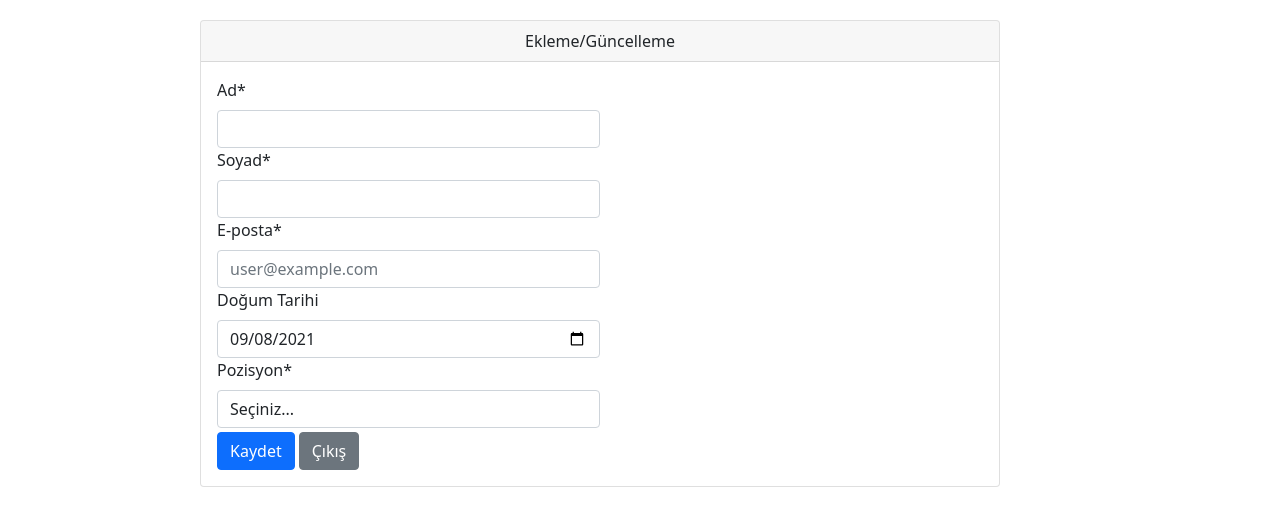
Repository: okankrdg/ReactCoreCRUD
Page: /employee/create (app in ReactCoreCRUD.Web/client/)
These files come from the project's save history. The page is drawn as it stood at one moment and after the next save; the edit follows.
The browser window is 1280 px wide. The pictures show the whole page.
The page's requests for data from a server got no answer. The project was rebuilt for these pictures with package versions that can differ from the ones it lists, and the page was loaded fresh each time. No one was signed in, and anything a server would have sent is missing. Also part of the build but not shown: ReactCoreCRUD.Web/client/src/pages/Employee/index.tsx, ReactCoreCRUD.Web/client/src/pages/Exception/index.tsx.

Above is the page before, as saved 2021-10-10 22:21:13.

### ReactCoreCRUD.Web/client/src/index.tsx
import React from "react";
import ReactDOM from "react-dom";
import "./index.css";
import App from "./App";
import { Router } from "react-router-dom";
import "./dist/bootstrap/bootstrap.min.css";
import history from "./history.js";
ReactDOM.render(
  <React.StrictMode>
    <Router history={history}>
      <App />
    </Router>
  </React.StrictMode>,
  document.getElementById("root")
);

### ReactCoreCRUD.Web/client/src/index.css
body {
  margin: 0;
  font-family: -apple-system, BlinkMacSystemFont, 'Segoe UI', 'Roboto', 'Oxygen',
    'Ubuntu', 'Cantarell', 'Fira Sans', 'Droid Sans', 'Helvetica Neue',
    sans-serif;
  -webkit-font-smoothing: antialiased;
  -moz-osx-font-smoothing: grayscale;
}

code {
  font-family: source-code-pro, Menlo, Monaco, Consolas, 'Courier New',
    monospace;
}
.employeeForm{
      padding: 20px;
      text-align: left;
      border: 2px solid #e5e3e3;
      box-shadow: 3px 3px 3px rgna(1,1,1,1);
      box-shadow: rgb(0 0 0 / 35%) 0px 5px 15px;

}
.App{
  text-align: center;
    display: flex;
    justify-content: center;
    max-width: 1200px;
    margin-top: 20px;
}
.employee-index{
  width: 80%;
  box-shadow: rgb(0 0 0 / 35%) 0px 5px 15px;
}

### ReactCoreCRUD.Web/client/src/App.tsx
import { Switch, Route } from "react-router-dom";
import CreateOrEdit from "./pages/Employee/createOrEdit";
import Index from "./pages/Employee";
import Exception from "./pages/Exception/index";
import "./App.css";

function App() {
  return (
    <div className="App">
      <Switch>
        <Route path="/employee/edit/:id" component={CreateOrEdit} />
        <Route path="/employee/create" component={CreateOrEdit} />
        <Route path="/employee/index" component={Index} />
        <Route path="/exception/type=:type" component={Exception} />
      </Switch>
    </div>
  );
}

export default App;

### ReactCoreCRUD.Web/client/src/pages/Employee/createOrEdit.tsx
import { useParams, useHistory } from "react-router-dom";
import {
  EmployeeType,
  EmployeeDTO,
  employeeService,
} from "../../services/EmployeeService";
import { useEffect, useState } from "react";
const CreateOrEdit = () => {
  interface RouteParams {
    id: string;
  }
  interface EmployeeValidationState {
    firstName: boolean;
    lastName: boolean;
    birthDate: boolean;
    email: boolean;
    employeeTypeId: boolean;
  }
  const params = useParams<RouteParams>();
  const history = useHistory();
  const [employee, setEmployee] = useState<EmployeeDTO>({
    firstName: "",
    lastName: "",
    birthDate: new Date().toISOString().substring(0, 10),
    email: "",
    employeeTypeId: undefined,
  });
  const [employeeTypes, setEmployeeTypes] = useState<EmployeeType[]>([]);
  const [employeeValidation, setEmployeeValidation] =
    useState<EmployeeValidationState>({
      firstName: true,
      lastName: true,
      birthDate: true,
      email: true,
      employeeTypeId: true,
    });

  useEffect(() => {
    const idParam = parseInt(params.id);
    employeeService
      .getEmployeeTypes()
      .then((response) => {
        setEmployeeTypes(response.data);
      })
      .catch((e) => {
        console.log(e);
      });
    if (idParam) {
      employeeService
        .getById(idParam)
        .then((response) => {
          setEmployee(response.data);
        })
        .catch((e) => {
          console.log(e);
        });
    }
  }, [params.id]);
  const setValid = () => {
    if (
      employee.firstName === "" ||
      employee.firstName == null ||
      employee.firstName?.length < 2
    ) {
      employeeValidation.firstName = false;
    } else {
      employeeValidation.firstName = true;
    }
    if (
      employee.lastName === "" ||
      employee.lastName == null ||
      employee.lastName?.length < 2
    ) {
      employeeValidation.lastName = false;
    } else {
      employeeValidation.lastName = true;
    }
    if (
      employee.email === "" ||
      employee.email == null ||
      !/\S+@\S+\.\S+/.test(employee.email)
    ) {
      employeeValidation.email = false;
    } else {
      employeeValidation.email = true;
    }
    if (
      employee.employeeTypeId === undefined ||
      employee.employeeTypeId == null
    ) {
      employeeValidation.employeeTypeId = false;
    } else {
      employeeValidation.employeeTypeId = true;
    }
    setEmployeeValidation({ ...employeeValidation });
    return employeeValidation;
  };
  const isValidForm = (model: EmployeeValidationState) => {
    return (
      model.firstName && model.lastName && model.email && model.employeeTypeId
    );
  };
  const submitForm = () => {
    const idParam = parseInt(params.id);
    var model = setValid();
    if (isValidForm(model)) {
      if (!idParam) {
        employeeService
          .create(employee)
          .then((response) => {
            history.push("/employee/index");
          })
          .catch((error) => {
            console.log(error.response);
          });
      } else {
        employeeService
          .update(employee, idParam)
          .then((response) => {
            history.push("/employee/index");
          })
          .catch((error) => {
            console.log(error);
          });
      }
    }
  };
  return (
    <div className="card col-md-8">
      <div className="card-header">Ekleme/Güncelleme</div>
      <div className="card-body">
        <div className="text-start">
          <div className="col-md-6">
            <label className="form-label">Ad*</label>
            <input
              type="text"
              className={`form-control ${
                employeeValidation.firstName ? "" : "is-invalid"
              }`}
              id="name"
              required
              value={employee?.firstName}
              onChange={(e) =>
                setEmployee({ ...employee, firstName: e.target.value })
              }
            />
            {employeeValidation.firstName ? (
              ""
            ) : (
              <div className="invalid-feedback">
                En az iki karakter girmelisiniz
              </div>
            )}
          </div>
          <div className="col-md-6">
            <label className="form-label">Soyad*</label>
            <input
              type="text"
              className={`form-control ${
                employeeValidation.lastName ? "" : "is-invalid"
              }`}
              id="name"
              value={employee?.lastName}
              onChange={(e) =>
                setEmployee({ ...employee, lastName: e.target.value })
              }
            />
            {employeeValidation.lastName ? (
              ""
            ) : (
              <div className="invalid-feedback">
                En az iki karakter girmelisiniz
              </div>
            )}
          </div>
          <div className="col-md-6">
            <label className="form-label">E-posta*</label>
            <input
              type="email"
              className={`form-control ${
                employeeValidation.email ? "" : "is-invalid"
              }`}
              placeholder="user@example.com"
              id="email"
              required
              value={employee?.email}
              onChange={(e) =>
                setEmployee({ ...employee, email: e.target.value })
              }
            />
            {employeeValidation.email ? (
              ""
            ) : (
              <div className="invalid-feedback">
                E-posta alanı boş ya da doğru biçimde değil
              </div>
            )}
          </div>
          <div className="col-6">
            <label className="form-label">Doğum Tarihi</label>
            <input
              type="date"
              className="form-control"
              id="birthDate"
              value={employee?.birthDate?.substring(0, 10)}
              onChange={(e) =>
                setEmployee({
                  ...employee,
                  birthDate: e.currentTarget.value,
                })
              }
            />
          </div>
          <div className="col-md-6">
            <label className="form-label">Pozisyon*</label>
            <select
              id="inputState"
              className={`form-control ${
                employeeValidation.employeeTypeId ? "" : "is-invalid"
              }`}
              value={employee?.employeeTypeId}
              onChange={(e) =>
                setEmployee({
                  ...employee,
                  employeeTypeId: parseInt(e.target.value),
                })
              }
            >
              <option value="">Seçiniz...</option>
              {employeeTypes.map((et) => (
                <option key={et.id} value={et.id}>
                  {et.name}
                </option>
              ))}
            </select>
            {employeeValidation.employeeTypeId ? (
              ""
            ) : (
              <div className="invalid-feedback">
                Lütfen pozisyon tipi seçiniz
              </div>
            )}
          </div>
          <div className="col-12 pt-1">
            <button
              type="submit"
              onClick={submitForm}
              className="btn btn-primary me-1"
            >
              Kaydet
            </button>
            <a href="/employee/index" className="btn btn-secondary">
              Çıkış
            </a>
          </div>
        </div>
      </div>
    </div>
  );
};
export default CreateOrEdit;

### ReactCoreCRUD.Web/client/src/services/EmployeeService.ts
import axios from "axios";
import history from "../history";

export interface EmployeeDTO {
  firstName: string;
  lastName: string;
  birthDate: string;
  email: string;
  employeeTypeId: number | undefined;
}
export interface EmployeeIndexDTO {
  id: number;
  firstName: string;
  lastName: string;
  age?: number;
  email: string;
  employeeTypeName: string;
}
export interface EmployeeType {
  id: string;
  name: string;
}
const baseUrl = `/api/`;
const http = axios.create({
  baseURL: baseUrl,
  headers: {
    "Content-type": "application/json",
  },
});

const getAll = () => {
  return http.get<EmployeeIndexDTO[]>("employee");
};
const getById = (id: number) => {
  return http.get<EmployeeDTO>(`employee?id=${id}`);
};
const create = (model: EmployeeDTO) => {
  return http.post<EmployeeDTO>("employee", model);
};
const update = (model: EmployeeDTO, id: number) => {
  return http.put<EmployeeDTO>("employee", { ...model, id });
};
const _delete = (id: number) => {
  return http.delete(`employee?id=${id}`);
};
const getEmployeeTypes = () => {
  return http.get<EmployeeType[]>("employeeTypes");
};
http.interceptors.response.use(
  (response) => {
    return response;
  },
  (error) => {
    if (!error.response || typeof error.response.data !== "object") {
      setTimeout(() => {}, 1000);
      return Promise.reject(error);
    }
    const { status, config, data } = error.response;
    console.log(status, config, data);
    if (config.method === "get") {
      if (status === 401) {
        history.push("/exception/type=401");
      } else if (status === 403) {
        history.push("/exception/type=403");
      } else if (status === 404) {
        history.push("/exception/type=404");
      } else if (status === 500) {
        history.push("/exception/type=500");
      }
    }
  }
);
export const employeeService = {
  getAll,
  getById,
  create,
  update,
  delete: _delete,
  getEmployeeTypes,
};

Loaded but not shown: ReactCoreCRUD.Web/client/public/index.html (common file); ReactCoreCRUD.Web/client/src/dist/bootstrap/bootstrap.min.css (library); ReactCoreCRUD.Web/client/src/history.js (common file); ReactCoreCRUD.Web/client/src/App.css (common file)

After the next save:
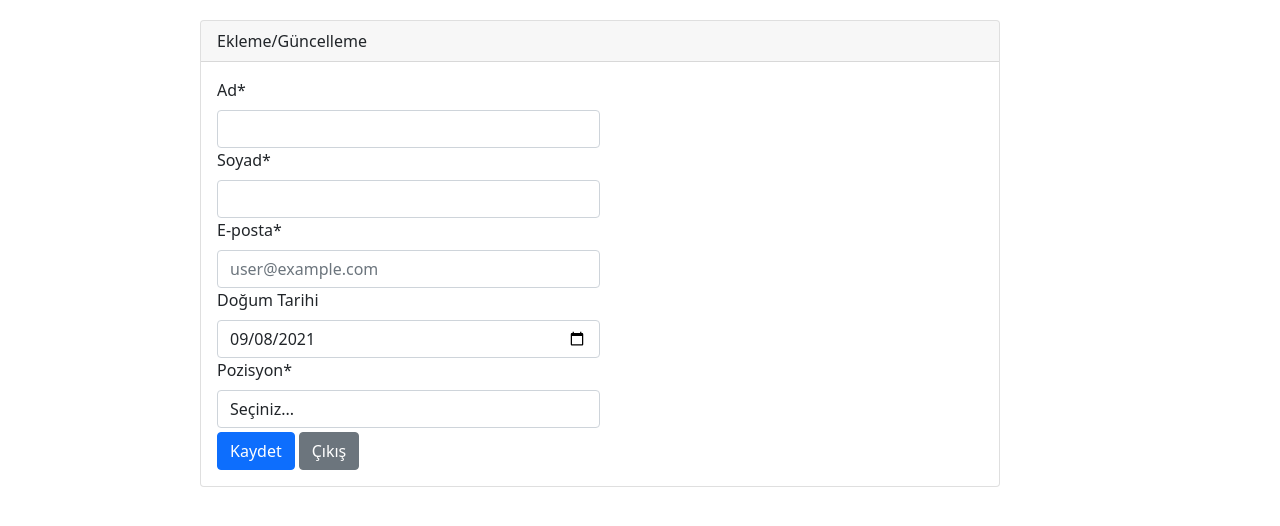
Saved 7 s later.
--- a/ReactCoreCRUD.Web/client/src/pages/Employee/createOrEdit.tsx
+++ b/ReactCoreCRUD.Web/client/src/pages/Employee/createOrEdit.tsx
@@ -127,7 +127,7 @@ const CreateOrEdit = () => {
   };
   return (
     <div className="card col-md-8">
-      <div className="card-header">Ekleme/Güncelleme</div>
+      <div className="card-header text-start">Ekleme/Güncelleme</div>
       <div className="card-body">
         <div className="text-start">
           <div className="col-md-6">
